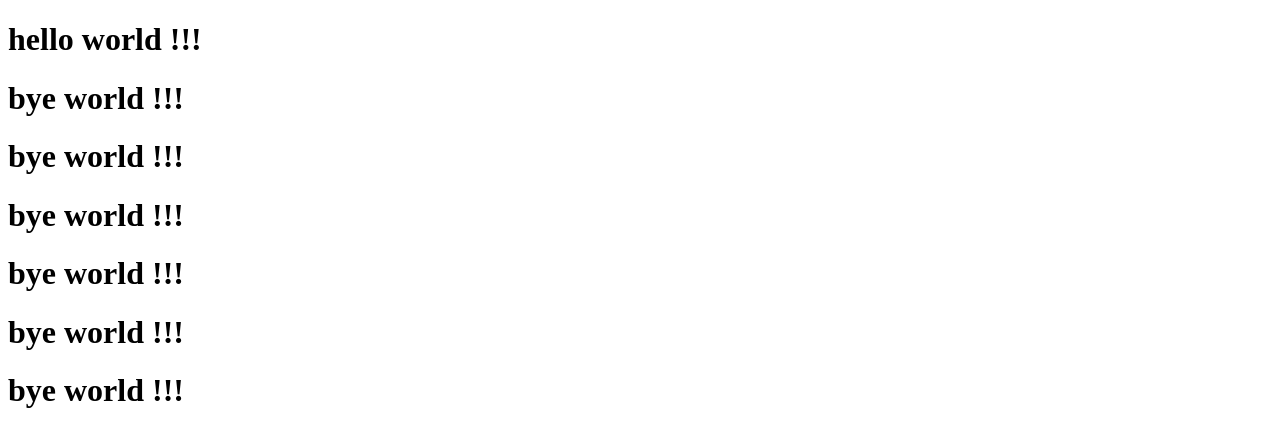
Repository: amt-12/html
Page: index.html
The author's editor kept a copy of each file at every save. The page is drawn from the files as they stood at one save, then again after the next save.
The browser window is 1280 px wide. The pictures show the whole page.

Above is the page before, as saved 2026-01-16 10:01:44.

After the next save:
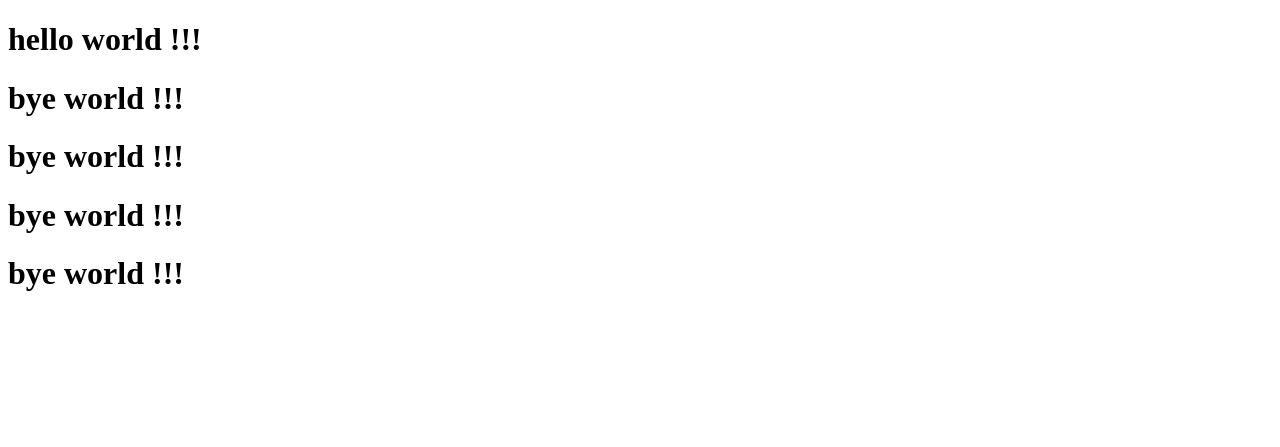
Saved 60 s later.
--- a/index.html
+++ b/index.html
@@ -11,7 +11,5 @@
     <h1>bye world !!!</h1>
     <h1>bye world !!!</h1>
     <h1>bye world !!!</h1>
-    <h1>bye world !!!</h1>
-    <h1>bye world !!!</h1>
 </body>
 </html>
